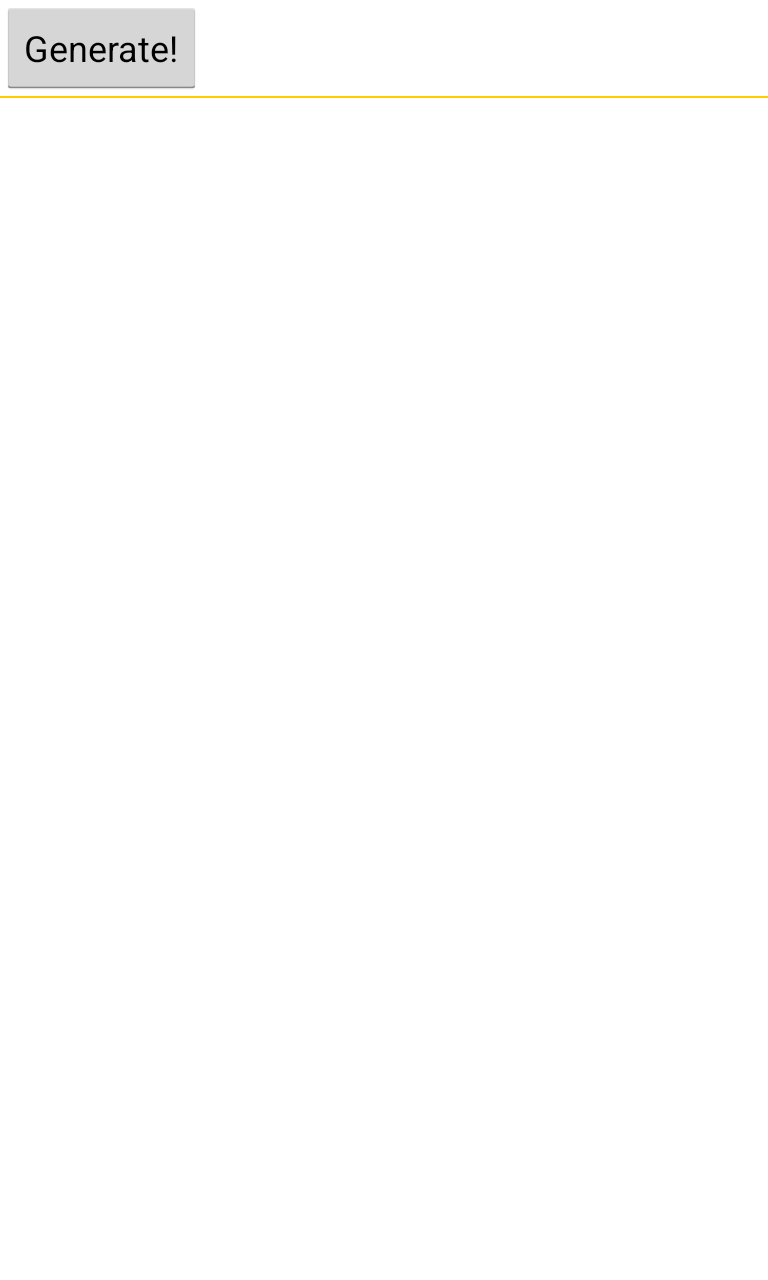
Repository: pierluigi-failla/ingress-passcodes-generator
Layout: android/IngressPasscodesGenerator/res/layout/activity_main.xml
An editor plug-in stored every save of this project. The layout is shown before and after the next save, followed by the edit.
It is drawn on a 768 x 1280 px phone screen (xhdpi) without system bars, with theme AppTheme; the app's code is not run. Lists and similar views that code fills are empty.

Above is the layout before, as saved 2013-01-22 19:17:30.

### android/IngressPasscodesGenerator/res/layout/activity_main.xml
<RelativeLayout xmlns:android="http://schemas.android.com/apk/res/android"
    xmlns:tools="http://schemas.android.com/tools"
    android:layout_width="match_parent"
    android:layout_height="match_parent"
    android:layout_gravity="center_horizontal"
    tools:context=".MainActivity" >

    <LinearLayout
        android:layout_width="fill_parent"
        android:layout_height="fill_parent"
        android:orientation="vertical" >

        <LinearLayout
            android:layout_width="fill_parent"
            android:layout_height="wrap_content"
            android:orientation="horizontal" >

            <Button
                android:id="@+id/button1"
                android:layout_width="wrap_content"
                android:layout_height="wrap_content"
                android:layout_gravity="center_horizontal"
                android:layout_weight="0"
                android:text="@string/button_generate" />

        </LinearLayout>

        <View
            android:layout_width="fill_parent"
            android:layout_height="1dip"
            android:background="#FFCC00"
            android:padding="5dp" />

        <ListView
            android:id="@+id/listView"
            android:layout_width="fill_parent"
            android:layout_height="fill_parent" >
        </ListView>

    </LinearLayout>

</RelativeLayout>

### android/IngressPasscodesGenerator/res/values/strings.xml
<?xml version="1.0" encoding="utf-8"?>
<resources>

    <string name="app_name">Ingress Passcodes Generator</string>
    <string name="menu_settings">Settings</string>

    <string name="button_generate">Generate!</string>

</resources>

Loaded but not shown: android/IngressPasscodesGenerator/res/values/styles.xml (common file); android/IngressPasscodesGenerator/res/values-v11/styles.xml (common file); android/IngressPasscodesGenerator/res/values-v14/styles.xml (common file)

After the next save:
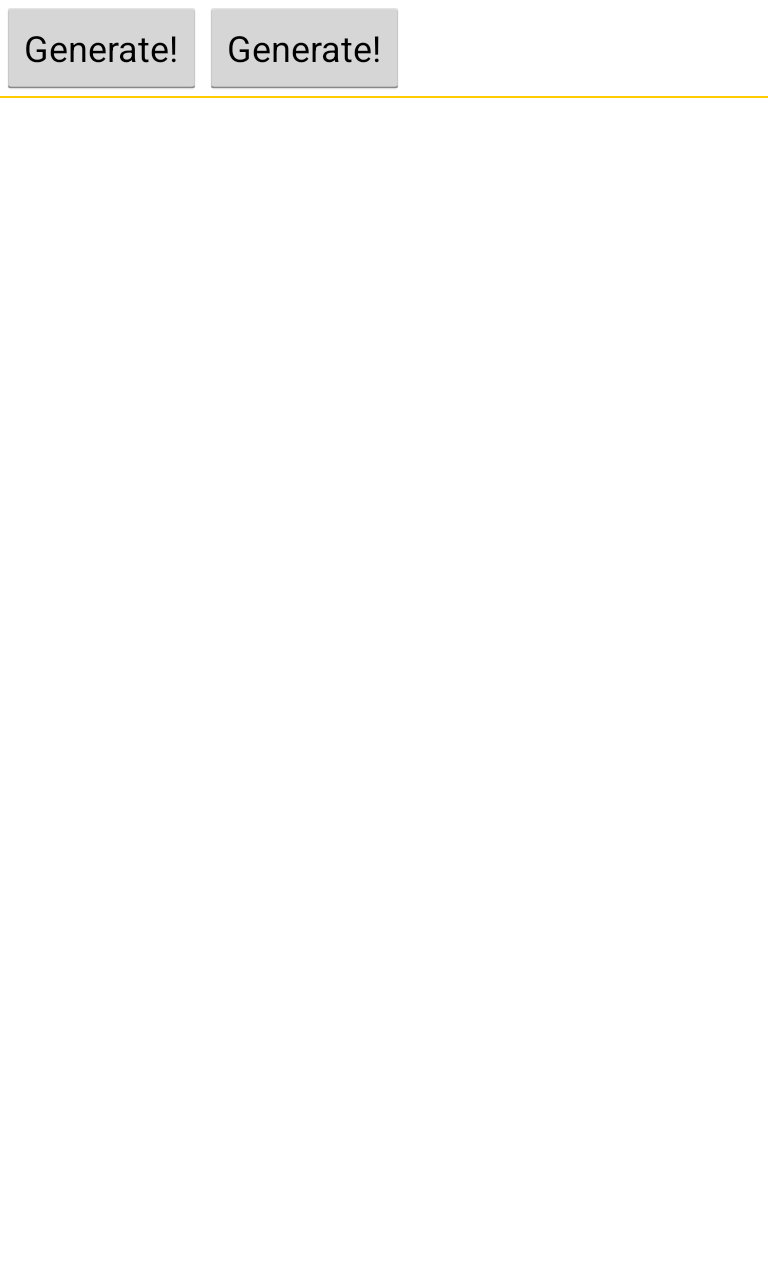
Saved 27 s later.
--- a/android/IngressPasscodesGenerator/res/layout/activity_main.xml
+++ b/android/IngressPasscodesGenerator/res/layout/activity_main.xml
@@ -16,7 +16,15 @@
             android:orientation="horizontal" >
 
             <Button
-                android:id="@+id/button1"
+                android:id="@+id/button_generate"
+                android:layout_width="wrap_content"
+                android:layout_height="wrap_content"
+                android:layout_gravity="center_horizontal"
+                android:layout_weight="0"
+                android:text="@string/button_generate" />
+
+            <Button
+                android:id="@+id/button_info"
                 android:layout_width="wrap_content"
                 android:layout_height="wrap_content"
                 android:layout_gravity="center_horizontal"
